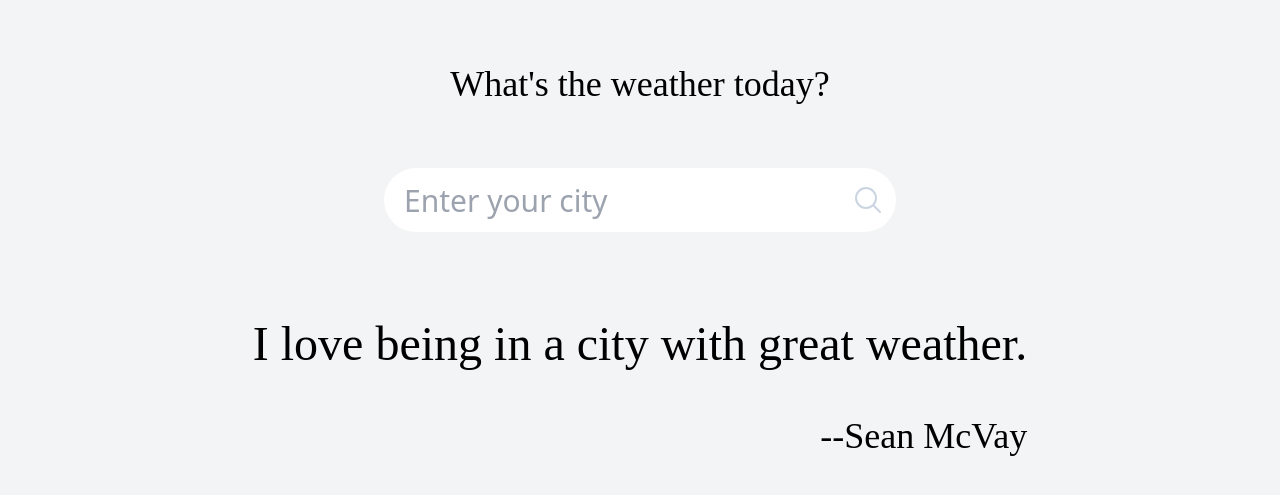
Repository: Tiaanz/Weather-App
Page: /
An editor plug-in stored every save of this project. The page is shown before and after a run of saves, followed by the edit.
The browser window is 1280 px wide. The pictures show the whole page.
The project was rebuilt for these pictures with package versions that can differ from the ones it lists, and the page was loaded fresh each time.

Above is the page before, as saved 2023-03-05 20:49:59.

### src/index.js
//引入React核心库
import React from 'react';
//引入ReactDom
import ReactDom from 'react-dom/client';
//引入APP组件
import App from './App';
import './index.css'








//v18版本
 const root = ReactDom.createRoot(document.getElementById('root'));//创建虚拟DOM的插入节点，即原生DOM的节点
 const element = <App/> //声明组件
 root.render(element); //渲染组件到页面， 虚拟DOM到原生DOM

### src/App.js
import React, { useState, useEffect } from 'react'
// import Weather from './components/Weather'
import Quote from './components/Quote'

const App = () => {
  const [searchPlace, setSearchPlace] = useState('')
  const [cityName, setCityName] = useState('')
  const [country, setCountry] = useState('')
  const [time, setTime] = useState('')
  const [temp, setTemp] = useState('')
  const [tempImg, setTempImg] = useState('')
  const [condition, setCondition] = useState('')
  const [feelsLike, setfeelsLike] = useState('')
  const [wind, setWind] = useState('')
  const [humidity, setHumidity] = useState('')
  const [uv, setUv] = useState('')
  const [showQuote, setShowQuote] = useState(true)

  const API_URL = 'https://weatherapi-com.p.rapidapi.com/current.json'

  // useEffect(() => {
  //   document.body.style.backgroundColor = 'grey'
  // }, [])

  const searchWeather = (city) => async (e) => {
    e.preventDefault()
    try {
      // e.preventDefault()
      const response = await fetch(`${API_URL}?q=${city}`, {
        method: 'GET',
        headers: {
          'X-RapidAPI-Key':
            '6cda750ddbmsh3e2d299b52be602p1f7255jsn589c028d6d61',
          'X-RapidAPI-Host': 'weatherapi-com.p.rapidapi.com',
        },
      })
      const weatherObj = await response.json()
      const {
        location: { name, country, localtime },
        current: {
          temp_c,
          wind_kph,
          humidity,
          feelslike_c,
          uv,
          condition: { text, icon },
        },
      } = weatherObj
      const imgSrc = `http:${icon}`

      setCityName(name)
      setCountry(country)
      setTime(localtime)
      setTemp(temp_c)
      setTempImg(imgSrc)
      setCondition(text)
      setfeelsLike(feelslike_c)
      setWind(wind_kph)
      setHumidity(humidity)
      setUv(uv)
      setShowQuote(false)
    } catch (error) {
      console.log('wrong~~')
    }
  }
  return (
    <div>
      <h1 className="text-3xl sm:text-4xl my-16 font-header text-center">
        What's the weather today?
      </h1>
      <main className="flex flex-col items-center">
        {/* search bar */}
        <div className="w-full ">
          <form
            className="w-full flex justify-center"
            onSubmit={searchWeather(searchPlace)}
          >
            <div className=" w-3/4 sm:w-3/5 md:w-2/4  lg:w-2/5 flex items-center relative">
              <input
                className=" h-16 px-5 pr-10 rounded-full w-full text-2xl sm:text-3xl focus:outline-none"
                placeholder="Enter your city"
                type="text"
                value={searchPlace}
                onChange={(e) => setSearchPlace(e.target.value)}
              />
              <button type="submit" className="absolute right-3">
                <svg
                  xmlns="http://www.w3.org/2000/svg"
                  fill="none"
                  viewBox="0 0 24 24"
                  strokeWidth={1.5}
                  stroke="currentColor"
                  className="w-8 h-8 text-slate-300"
                >
                  <path
                    strokeLinecap="round"
                    strokeLinejoin="round"
                    d="M21 21l-5.197-5.197m0 0A7.5 7.5 0 105.196 5.196a7.5 7.5 0 0010.607 10.607z"
                  />
                </svg>
              </button>
            </div>
          </form>
        </div>
        {/* weather display card */}
      {showQuote ? <Quote/>:<div className="my-10 px-10 w-3/4 sm:w-3/5 md:w-2/4 lg:w-2/5  border rounded-2xl min-w-fit">
          <h2 className="text-3xl sm:text-5xl my-6  ">
            {cityName}, {country}
          </h2>

          <div className="flex items-center">
            <span className="text-5xl">{temp}°C</span>
            <img className="mx-10" src={tempImg} alt="" />
            <p className="text-2xl sm:text-3xl">{condition}</p>
          </div>
          <p className="text-2xl sm:text-3xl">Feels like: {feelsLike}°C</p>
          <div className="text-2xl leading-9 mt-10">
            <div className="flex">
              <span className="mr-3">
                <svg
                  width="20px"
                  height="20px"
                  viewBox="0 0 24 24"
                  fill="none"
                  xmlns="http://www.w3.org/2000/svg"
                >
                  <path
                    d="M2 15H18.5C20.43 15 22 16.57 22 18.5C22 20.43 20.43 22 18.5 22C16.57 22 15 20.43 15 18.5V18"
                    stroke="#292D32"
                    strokeWidth="1.5"
                    strokeMiterlimit="10"
                    strokeLinecap="round"
                    strokeLinejoin="round"
                  />
                  <path
                    d="M2 12H18.5C20.42 12 22 10.43 22 8.5C22 6.58 20.42 5 18.5 5C16.58 5 15 6.57 15 8.5V9"
                    stroke="#292D32"
                    strokeWidth="1.5"
                    strokeMiterlimit="10"
                    strokeLinecap="round"
                    strokeLinejoin="round"
                  />
                  <path
                    d="M2 9H9.31C10.8 9 12 7.79 12 6.31C12 4.82 10.79 3.62 9.31 3.62C7.82 3.62 6.62 4.83 6.62 6.31V6.69"
                    stroke="#292D32"
                    strokeWidth="1.5"
                    strokeMiterlimit="10"
                    strokeLinecap="round"
                    strokeLinejoin="round"
                  />
                </svg>
              </span>
              <p>Wind: {wind}kph</p>
            </div>
            <div className="flex">
              <span className="mr-3">
                <svg
                  width="20px"
                  height="20px"
                  viewBox="0 0 24 24"
                  xmlns="http://www.w3.org/2000/svg"
                >
                  <path d="M12,6.36c2,2.58,4,5.87,4,7.64a4,4,0,0,1-8,0c0-1.77,2-5.06,4-7.64M12,3.2S6,10,6,14a6,6,0,0,0,12,0c0-4-6-10.8-6-10.8Z" />
                  <rect width="24" height="24" fill="none" />
                </svg>
              </span>
              <p>Humidity: {humidity}%</p>
            </div>
            <div className="flex">
              <span className="mr-3">
                <svg
                  width="20px"
                  height="20px"
                  viewBox="0 0 24 24"
                  fill="none"
                  xmlns="http://www.w3.org/2000/svg"
                >
                  <path
                    d="M12 17.75C10.8628 17.75 9.75106 17.4128 8.80547 16.781C7.85989 16.1491 7.1229 15.2511 6.6877 14.2004C6.25249 13.1498 6.13862 11.9936 6.36049 10.8782C6.58235 9.76284 7.12999 8.73829 7.93414 7.93414C8.73829 7.12999 9.76284 6.58235 10.8782 6.36049C11.9936 6.13862 13.1498 6.25249 14.2004 6.6877C15.2511 7.1229 16.1491 7.85989 16.781 8.80547C17.4128 9.75106 17.75 10.8628 17.75 12C17.7474 13.5242 17.1407 14.9852 16.0629 16.0629C14.9852 17.1407 13.5242 17.7474 12 17.75ZM12 7.75C11.1594 7.75 10.3377 7.99926 9.63883 8.46626C8.93992 8.93325 8.39519 9.59701 8.07351 10.3736C7.75184 11.1502 7.66768 12.0047 7.83167 12.8291C7.99565 13.6536 8.40043 14.4108 8.9948 15.0052C9.58917 15.5996 10.3464 16.0044 11.1709 16.1683C11.9953 16.3323 12.8498 16.2482 13.6264 15.9265C14.403 15.6048 15.0668 15.0601 15.5337 14.3612C16.0007 13.6623 16.25 12.8406 16.25 12C16.2474 10.8736 15.7987 9.79417 15.0023 8.99772C14.2058 8.20126 13.1264 7.75264 12 7.75Z"
                    fill="#000000"
                  />
                  <path
                    d="M12 5C11.8019 4.99741 11.6126 4.91756 11.4725 4.77747C11.3324 4.63737 11.2526 4.44811 11.25 4.25V2.75C11.25 2.55109 11.329 2.36032 11.4697 2.21967C11.6103 2.07902 11.8011 2 12 2C12.1989 2 12.3897 2.07902 12.5303 2.21967C12.671 2.36032 12.75 2.55109 12.75 2.75V4.25C12.7474 4.44811 12.6676 4.63737 12.5275 4.77747C12.3874 4.91756 12.1981 4.99741 12 5Z"
                    fill="#000000"
                  />
                  <path
                    d="M12 22C11.8019 21.9974 11.6126 21.9176 11.4725 21.7775C11.3324 21.6374 11.2526 21.4481 11.25 21.25V19.75C11.25 19.5511 11.329 19.3603 11.4697 19.2197C11.6103 19.079 11.8011 19 12 19C12.1989 19 12.3897 19.079 12.5303 19.2197C12.671 19.3603 12.75 19.5511 12.75 19.75V21.25C12.7474 21.4481 12.6676 21.6374 12.5275 21.7775C12.3874 21.9176 12.1981 21.9974 12 22Z"
                    fill="#000000"
                  />
                  <path
                    d="M21.25 12.75H19.75C19.5511 12.75 19.3603 12.671 19.2197 12.5303C19.079 12.3897 19 12.1989 19 12C19 11.8011 19.079 11.6103 19.2197 11.4697C19.3603 11.329 19.5511 11.25 19.75 11.25H21.25C21.4489 11.25 21.6397 11.329 21.7803 11.4697C21.921 11.6103 22 11.8011 22 12C22 12.1989 21.921 12.3897 21.7803 12.5303C21.6397 12.671 21.4489 12.75 21.25 12.75Z"
                    fill="#000000"
                  />
                  <path
                    d="M4.25 12.75H2.75C2.55109 12.75 2.36032 12.671 2.21967 12.5303C2.07902 12.3897 2 12.1989 2 12C2 11.8011 2.07902 11.6103 2.21967 11.4697C2.36032 11.329 2.55109 11.25 2.75 11.25H4.25C4.44891 11.25 4.63968 11.329 4.78033 11.4697C4.92098 11.6103 5 11.8011 5 12C5 12.1989 4.92098 12.3897 4.78033 12.5303C4.63968 12.671 4.44891 12.75 4.25 12.75Z"
                    fill="#000000"
                  />
                  <path
                    d="M6.50001 7.24995C6.30707 7.2352 6.12758 7.14545 6.00001 6.99995L4.91001 5.99995C4.83844 5.92838 4.78167 5.84341 4.74293 5.7499C4.7042 5.65639 4.68427 5.55617 4.68427 5.45495C4.68427 5.35373 4.7042 5.25351 4.74293 5.16C4.78167 5.06649 4.83844 4.98152 4.91001 4.90995C4.98158 4.83838 5.06655 4.78161 5.16006 4.74287C5.25357 4.70414 5.3538 4.6842 5.45501 4.6842C5.55623 4.6842 5.65645 4.70414 5.74996 4.74287C5.84347 4.78161 5.92844 4.83838 6.00001 4.90995L7.00001 5.99995C7.123 6.13746 7.19099 6.31547 7.19099 6.49995C7.19099 6.68443 7.123 6.86244 7.00001 6.99995C6.87244 7.14545 6.69295 7.2352 6.50001 7.24995Z"
                    fill="#000000"
                  />
                  <path
                    d="M18.56 19.31C18.4615 19.3104 18.3638 19.2912 18.2728 19.2534C18.1818 19.2157 18.0993 19.1601 18.03 19.09L17 18C16.9332 17.86 16.9114 17.7028 16.9376 17.5499C16.9638 17.3971 17.0368 17.2561 17.1465 17.1464C17.2561 17.0368 17.3971 16.9638 17.55 16.9376C17.7028 16.9113 17.8601 16.9331 18 17L19.09 18C19.2305 18.1406 19.3094 18.3312 19.3094 18.53C19.3094 18.7287 19.2305 18.9194 19.09 19.06C19.0233 19.1355 18.9419 19.1967 18.8508 19.2397C18.7597 19.2827 18.6607 19.3066 18.56 19.31Z"
                    fill="#000000"
                  />
                  <path
                    d="M17.5 7.24995C17.3071 7.2352 17.1276 7.14545 17 6.99995C16.877 6.86244 16.809 6.68443 16.809 6.49995C16.809 6.31547 16.877 6.13746 17 5.99995L18 4.90995C18.1445 4.76541 18.3406 4.6842 18.545 4.6842C18.7494 4.6842 18.9455 4.76541 19.09 4.90995C19.2345 5.05449 19.3158 5.25054 19.3158 5.45495C19.3158 5.65936 19.2345 5.85541 19.09 5.99995L18 6.99995C17.8724 7.14545 17.6929 7.2352 17.5 7.24995Z"
                    fill="#000000"
                  />
                  <path
                    d="M5.44001 19.31C5.34147 19.3104 5.24383 19.2912 5.15282 19.2534C5.06181 19.2157 4.97926 19.1601 4.91001 19.09C4.76956 18.9494 4.69067 18.7587 4.69067 18.56C4.69067 18.3612 4.76956 18.1706 4.91001 18.03L6.00001 17C6.13997 16.9331 6.2972 16.9113 6.45006 16.9376C6.60293 16.9638 6.7439 17.0368 6.85357 17.1464C6.96324 17.2561 7.03621 17.3971 7.06244 17.5499C7.08866 17.7028 7.06685 17.86 7.00001 18L6.00001 19.09C5.92728 19.1638 5.83985 19.2216 5.74338 19.2595C5.64691 19.2974 5.54356 19.3146 5.44001 19.31Z"
                    fill="#000000"
                  />
                </svg>
              </span>
              <p>UV: {uv}</p>
            </div>
          </div>
          <span className="flex justify-end">Local time: {time}</span>
        </div>}

      </main>
    </div>
  )
}

export default App

### src/index.css
@tailwind base;
@tailwind components;
@tailwind utilities;

@import url('https://fonts.googleapis.com/css2?family=Lobster&display=swap');
@import url('https://fonts.googleapis.com/css2?family=Kalam:wght@300&display=swap');

body {
  background-color: #f3f4f6;
}

* {
  margin: 0;
  padding: 0;
}

### src/components/Quote.jsx
import React from 'react'
import quotes from '../data/quotes.json'



const randomIndex=getRandomIndex(quotes.quotes)
const quote=quotes.quotes[randomIndex].quote
const author=quotes.quotes[randomIndex].author


function getRandomIndex(arr) {
  const index=Math.floor(Math.random()*arr.length)
  return index
}

const Quote = () => {



  return (
    <div className="my-10 px-10 w-3/4 sm:w-3/5 md:w-2/4 lg:w-2/5 min-w-fit font-quote">
    <p className="text-5xl my-12 text-center">{quote}</p>
    <p className="text-4xl text-right">--{author}</p>
    </div>
  )
}

export default Quote

### src/data/quotes.json
{
  "quotes": [
    {
      "author": "Sean McVay",
      "quote": "I love being in a city with great weather."
    },
    {
      "author": "Frank Lane",
      "quote": "If you want to see the sunshine, you have to weather the storm."
    },
    {
      "author": "Ravyn Lenae",
      "quote": "I'm not a fan of cold weather."
    },
    {
      "author": "Charles Dudley Warner",
      "quote": "Everybody talks about the weather, but nobody does anything about it."
    }
  ]
}

### tailwind.config.js
/** @type {import('tailwindcss').Config} */
module.exports = {
  content: ['./src/**/*.{js,jsx,ts,tsx}'],
  theme: {
    fontFamily: {
      header: ['Lobster'],
      quote: ['Kalam'],
    },
    extend: {},
  },
  plugins: [],
}

Loaded but not shown: public/index.html (common file)

After the next 2 saves:
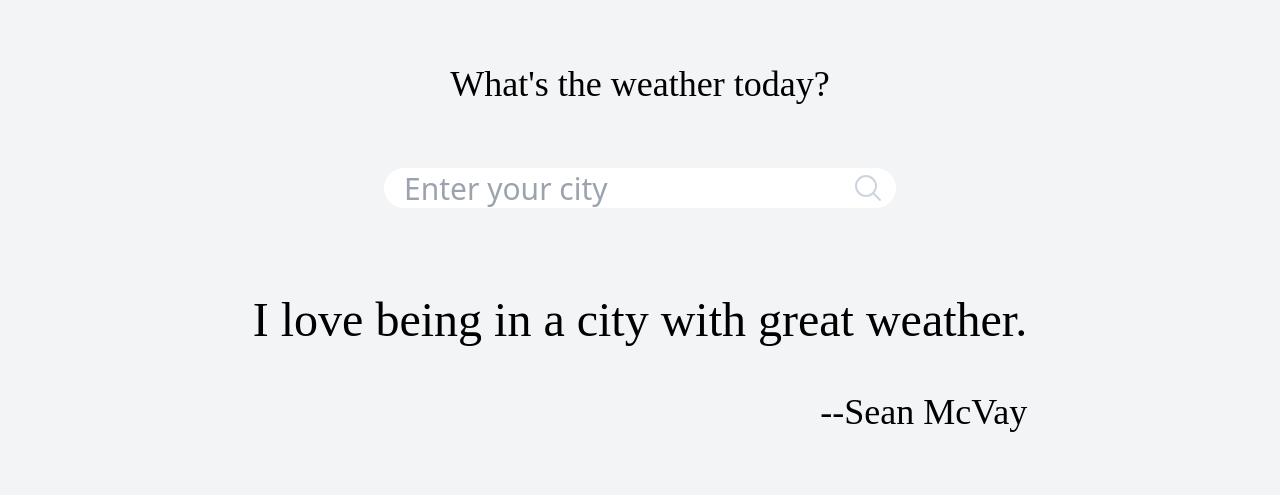
The 2 saves are shown as one change because they came seconds apart.
The last was saved 46 s later.
--- a/src/App.js
+++ b/src/App.js
@@ -77,7 +77,7 @@
           >
             <div className=" w-3/4 sm:w-3/5 md:w-2/4  lg:w-2/5 flex items-center relative">
               <input
-                className=" h-16 px-5 pr-10 rounded-full w-full text-2xl sm:text-3xl focus:outline-none"
+                className=" h-10 px-5 pr-10 rounded-full w-full text-2xl sm:text-3xl focus:outline-none"
                 placeholder="Enter your city"
                 type="text"
                 value={searchPlace}
